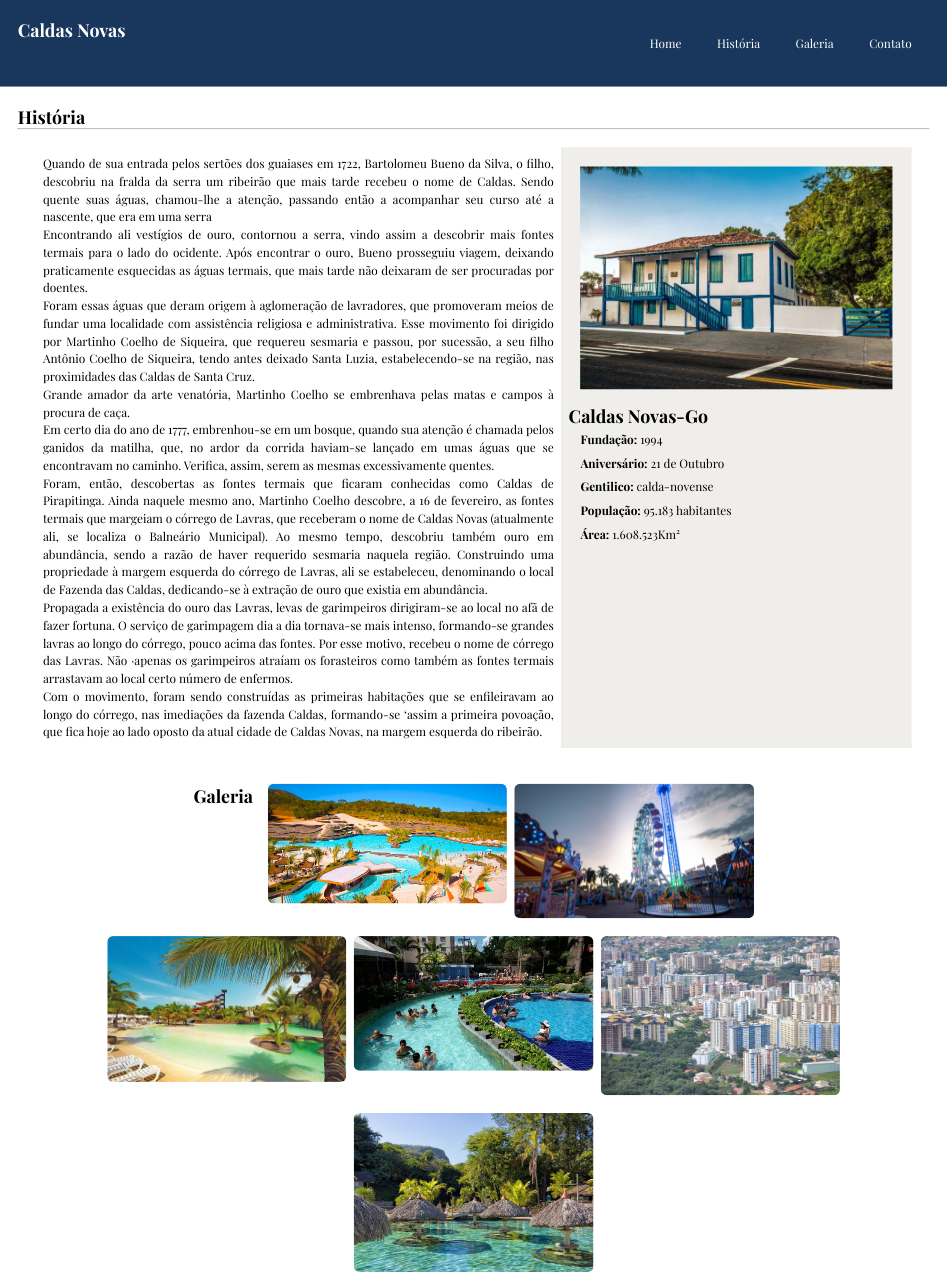
Repository: AbiezerSidonioJoseOdanacaJunior/DesafioLocalTuristico
Page: index.html
These files come from the project's save history. The page is drawn as it stood at one moment and after the next save; the edit follows.
The browser window is 1280 px wide. The pictures show the whole page, at 74% of full size.
Some web fonts or font styles are not loaded; a fallback is used.

Above is the page before, as saved 2024-11-11 17:12:26.

After the next save:
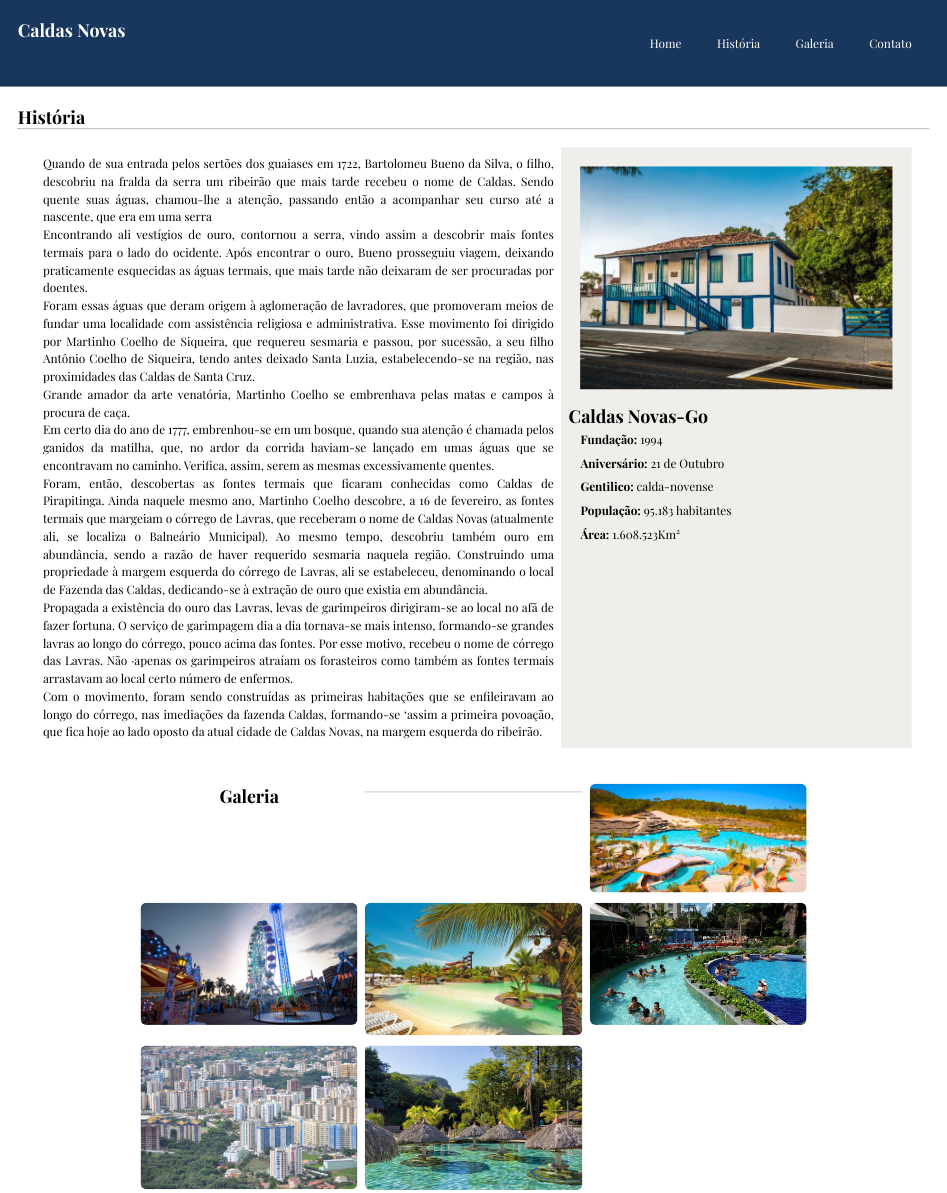
Saved 114 s later.
--- a/css/style.css
+++ b/css/style.css
@@ -78,7 +78,7 @@
 }
 
 #gallery {
-    max-width: 1000px; /* Define uma largura máxima para centralizar o conteúdo */
+    max-width: 900px; /* Define a largura máxima da galeria */
     margin: 0 auto; /* Centraliza a galeria na página */
     text-align: center;
 }
@@ -94,20 +94,14 @@
     border-top: 2px solid #ddd;
 }
 
-#gallery .fotos-item {
-    flex: 0 0 calc(33.33% - 10px); /* Cada item ocupa aproximadamente 1/3 da linha */
-    margin-bottom: 10px;
+#gallery {
+    display: grid;
+    grid-template-columns: repeat(3, 1fr); /* 3 colunas de tamanho igual */
+    gap: 10px; /* Espaço entre as imagens */
 }
 
-#gallery img {
+.fotos-item img {
     width: 100%; /* Faz a imagem ocupar toda a largura do contêiner */
     height: auto;
     border-radius: 8px; /* Opcional: bordas arredondadas */
 }
-
-#gallery {
-    display: flex;
-    flex-wrap: wrap; /* Permite que as imagens quebrem para novas linhas */
-    gap: 10px; /* Espaço entre as imagens */
-    justify-content: center; /* Centraliza as colunas na galeria */
-}
